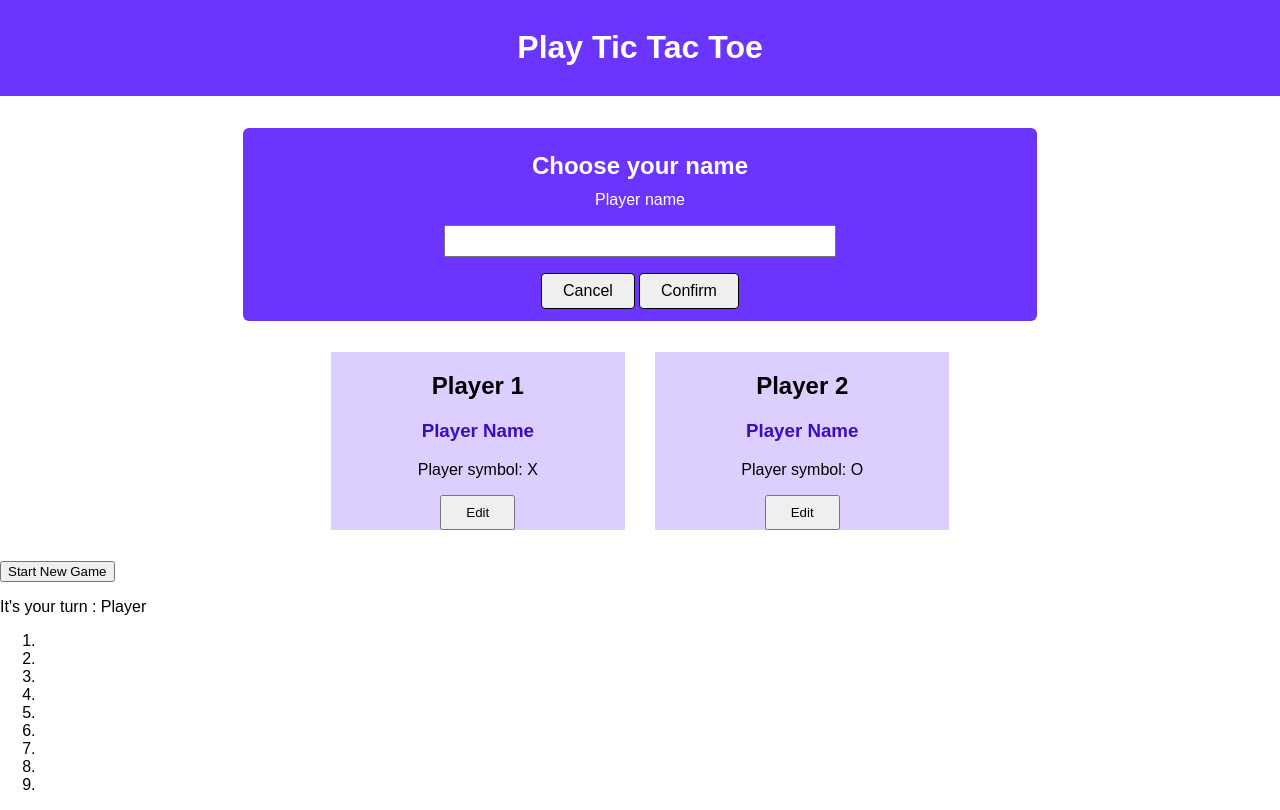
Repository: Harjot00/Wevdev
Page: Tic tac toe/index.html
An editor plug-in stored every save of this project. The page is shown before and after the next save, followed by the edit.
The browser window is 1280 px wide. The pictures show the whole page.
Some web fonts or font styles are not loaded; a fallback is used.

Above is the page before, as saved 2022-05-21 00:33:12.

### Tic tac toe/index.html
<!DOCTYPE html>
<html lang="en">
<head>
    <meta charset="UTF-8">
    <meta http-equiv="X-UA-Compatible" content="IE=edge">
    <meta name="viewport" content="width=device-width, initial-scale=1.0">
    <link rel="stylesheet" href="styles.css">
    <link href="https://fonts.googleapis.com/css2?family=Roboto:wght@100&family=Send+Flowers&display=swap" rel="stylesheet">
    <title>Tic Tac Toe</title>

</head>
<body>
    <header>
        <h1>Play Tic Tac Toe</h1>

    </header>
    <main>
        <aside>
            <h2>Choose your name</h2>
            <form >
                <div>
                    <label for = "playername">Player name</label>
                    <input type="text" name="username" id="username"/>

                </div>
                <div id = "btn-div">
                    <button type="button"> Cancel</button>
                    <button type="submit">Confirm</button>
                </div>
            </form>
        </aside>
        <div id="gamestyle">
            <ol>
                <li>
                    <h2>Player 1</h2>
                    <h3>Player Name</h3>
                    <p>Player symbol: X</p>
                    <button>Edit</button>
                </li>
                <li>
                    <h2>Player 2</h2>
                    <h3>Player Name</h3>
                    <p>Player symbol: O</p>
                    <button>Edit</button>
                </li>
            </ol>
            <button>Start New Game</button>
        </div>
         <section id="active-game">
             <p>It's your turn : Player</p>
             <ol>
                 <li></li>
                 <li></li>
                 <li></li>
                 <li></li>
                 <li></li>
                 <li></li>
                 <li></li>
                 <li></li>
                 <li></li>
             </ol>
         </section>
    </main>

</body>
</html>

### Tic tac toe/styles.css
@import url('https://fonts.googleapis.com/css2?family=Roboto:wght@100&family=Send+Flowers&display=swap');
body{
    font-family: 'Montserrat', sans-serif;
    margin: 0;
    padding: 0;
}
header{
    background-color: #6b35ff;
    margin:0 0 2rem 0;
    padding: 0.5rem 0;
    color:white;
    text-align: center;
}
aside {
    text-align: center;
    margin:1rem auto;
    width:60vw;
    color:white;
    padding:0.8rem;
    background-color:#6b35ff;
    overflow: wrapped;
    border-radius: 6px;
}
aside h2{
    margin:0.7rem 0;
}
aside input {
    display:block;
    margin:1rem auto;
    height:1.6rem;
    width:50%;
}
#btn-div button{
    padding:0.5rem 1.3rem;
    font-size:1rem;
    border:1px solid black;
    border-radius: 4px;
}

#btn-div button:hover{
    background-color: #895eff;
    color:white;
    border-color: #441daf;
    cursor: pointer;
}
#gamestyle ol{
    display:flex;
    list-style: none;
    padding:0px;
    justify-content: center;
}
#gamestyle li{
    margin: 15px;
    width:23%;
    background-color: #dccfff;
    text-align:center;

}
#gamestyle li h3{
    color:#3c0cc0;
}

#gamestyle li button{
    padding:0.5rem 1.5rem;
}

After the next save:
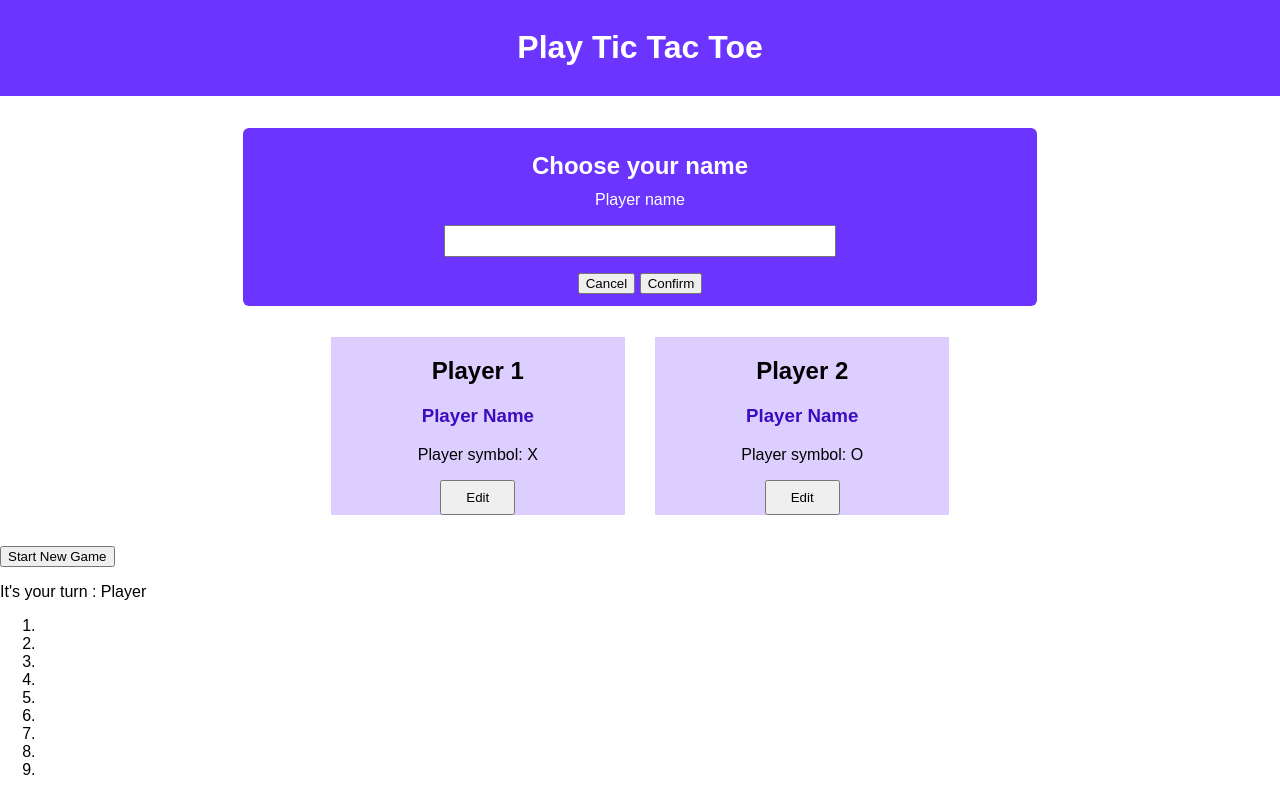
Saved 41 s later.
--- a/Tic tac toe/index.html
+++ b/Tic tac toe/index.html
@@ -23,7 +23,7 @@
                     <input type="text" name="username" id="username"/>
 
                 </div>
-                <div id = "btn-div">
+                <div >
                     <button type="button"> Cancel</button>
                     <button type="submit">Confirm</button>
                 </div>

After the 3 saves that followed:
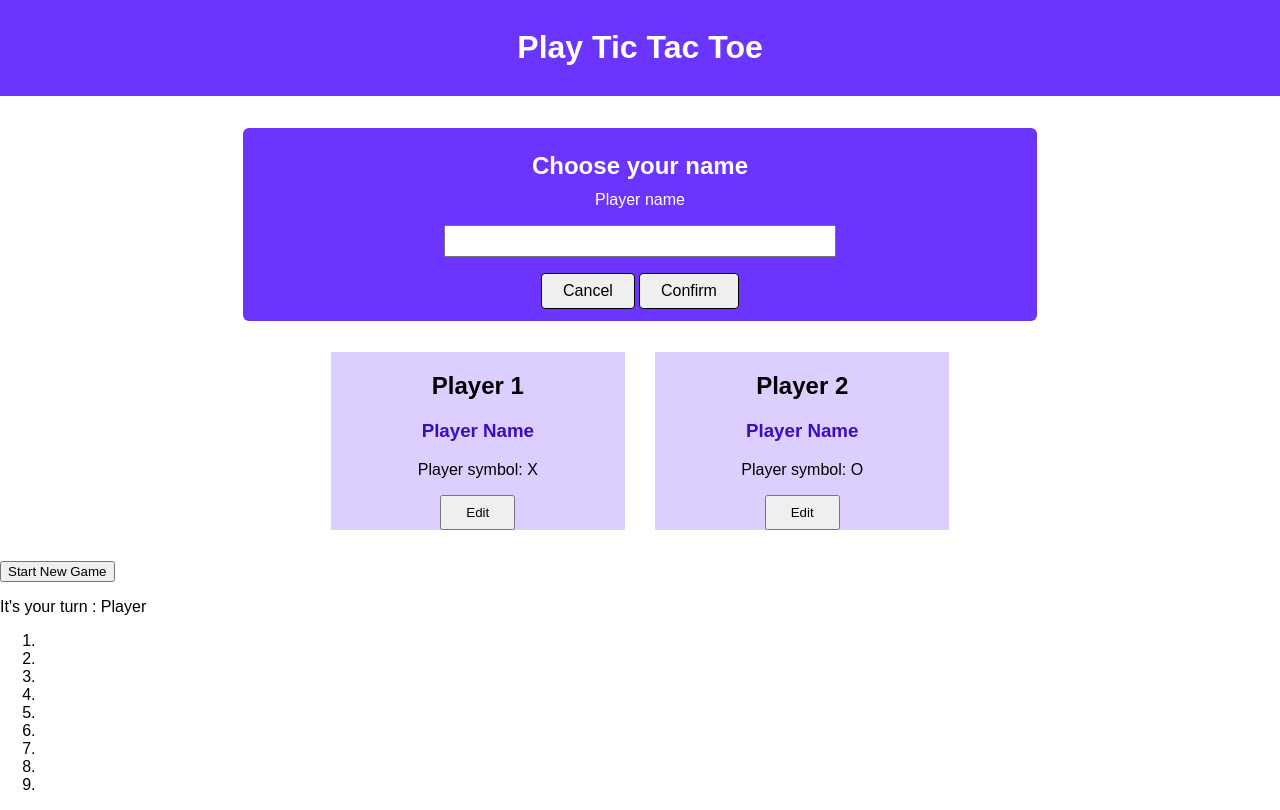
The 3 saves are shown as one change because 2 left the picture as it was.
The last was saved 61 s later.
--- a/Tic tac toe/index.html
+++ b/Tic tac toe/index.html
@@ -24,8 +24,8 @@
 
                 </div>
                 <div >
-                    <button type="button"> Cancel</button>
-                    <button type="submit">Confirm</button>
+                    <button class="btn-class" type="button"> Cancel</button>
+                    <button class="btn-class" type="submit">Confirm</button>
                 </div>
             </form>
         </aside>
--- a/Tic tac toe/styles.css
+++ b/Tic tac toe/styles.css
@@ -30,7 +30,7 @@ aside input {
     height:1.6rem;
     width:50%;
 }
-#btn-div button{
+.btn-class{
     padding:0.5rem 1.3rem;
     font-size:1rem;
     border:1px solid black;
